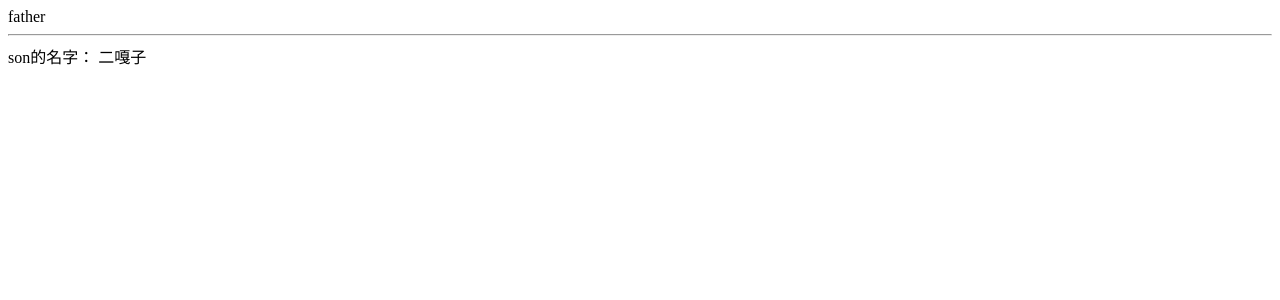
Repository: WanYouwen/react_study_code
Page: day02/03-父子组件通信/test.html
An editor plug-in stored every save of this project. The page is shown before and after the next save, followed by the edit.
The browser window is 1280 px wide. The pictures show the whole page.

Above is the page before, as saved 2020-08-12 13:54:28.

After the next save:
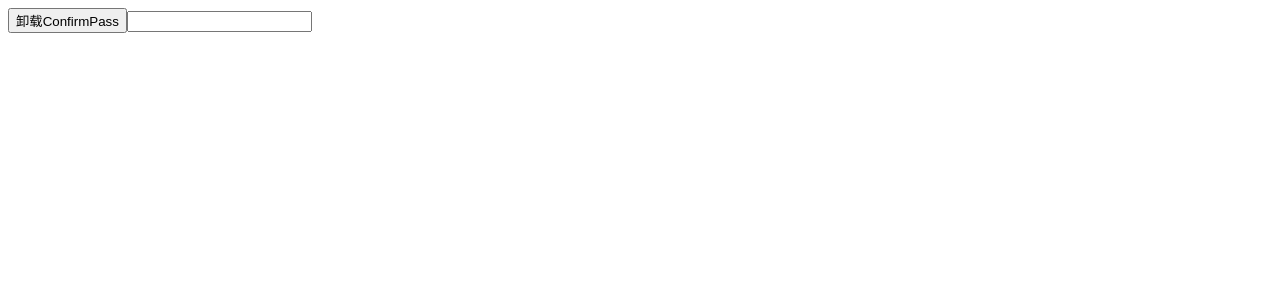
Saved 9 min 24 s later.
--- a/day02/03-父子组件通信/test.html
+++ b/day02/03-父子组件通信/test.html
@@ -13,31 +13,27 @@
   <script src="../../base/browser.min.js"></script>
 
   <script type="text/babel">
-    var Father = React.createClass({
+    var RegisterStepTwo = React.createClass({
       getInitialState() {
-        return {
-          name: '二嘎子',
-        };
+        return { visible: true };
       },
-      render: function () {
-        let { name } = this.state;
+      changeVisible() {
+        this.setState({ visible: !this.state.visible });
+      },
+      refCb(instance) {
+        console.log(instance);
+      },
+      render() {
         return (
           <div>
-            father
-            <hr />
-            <Son name={name} />
+            <button type="button" onClick={this.changeVisible}>
+              {this.state.visible ? '卸载' : '挂载'}ConfirmPass
+            </button>
+            {this.state.visible ? <input ref={this.refCb} /> : null}
           </div>
         );
       },
     });
-
-    var Son = React.createClass({
-      render: function () {
-        console.log(this);
-        let { name } = this.props;
-        return <div>son的名字： {name}</div>;
-      },
-    });
-    ReactDOM.render(<Father />, app);
+    ReactDOM.render(<RegisterStepTwo />, app);
   </script>
 </html>
